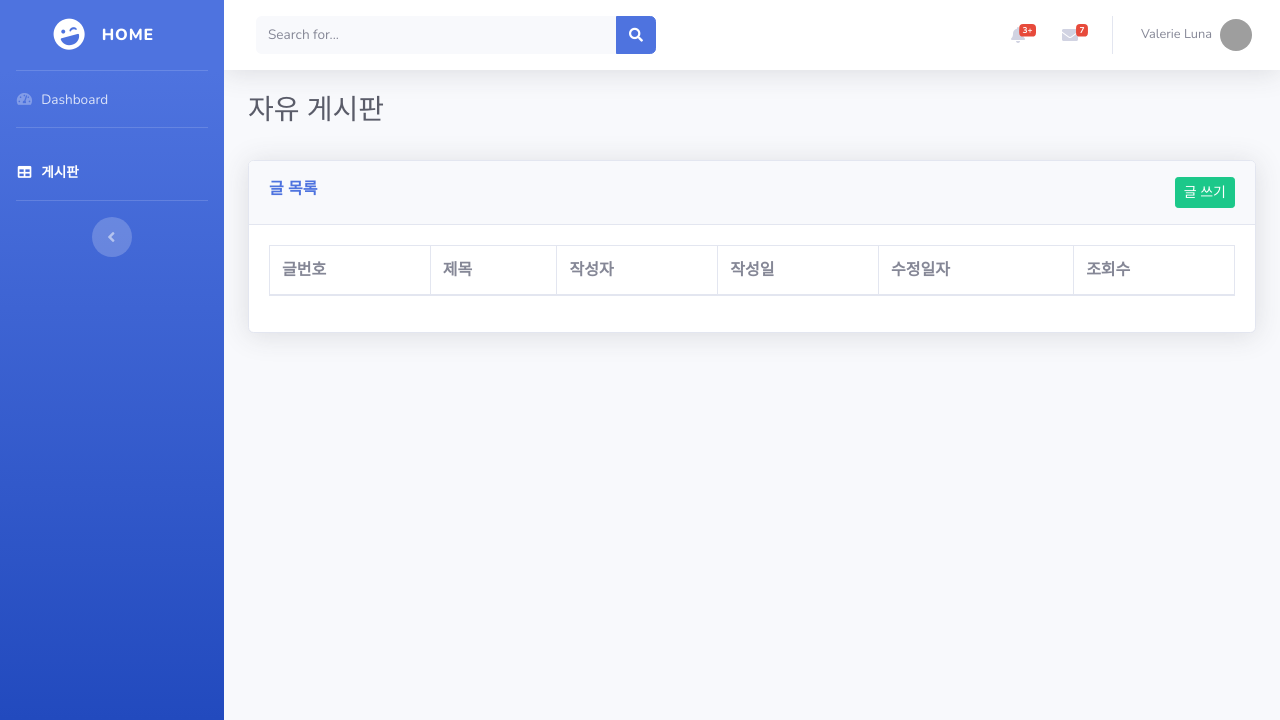
Repository: superThisMe/spring-basic
Page: http://localhost/06.spring-board-a/WEB-INF/views/board/list.jsp
These files come from the project's save history. The page is drawn as it stood at one moment and after the next save; the edit follows.
The browser window is 1280 px wide. The pictures show the whole page.
Pictures or frames that could not be fetched are drawn as grey boxes. The page is served by Tomcat 9. Nobody is signed in. Other server files are loaded and not shown. The template is opened directly, without the code that normally fills it, so the values that code supplies are empty.

Above is the page before, as saved 2019-12-24 08:01:41.
Console error: TypeError: Cannot read properties of null (reading 'length')

### 06.spring-board-a/src/main/webapp/WEB-INF/views/board/list.jsp
<%@ page pageEncoding="utf-8" contentType="text/html; charset=utf-8"%>
<%@taglib prefix='c' uri="http://java.sun.com/jsp/jstl/core"%>

<!DOCTYPE html>
<html lang="ko">

<head>

<meta charset="utf-8">
<meta http-equiv="X-UA-Compatible" content="IE=edge">
<meta name="viewport"
	content="width=device-width, initial-scale=1, shrink-to-fit=no">
<meta name="description" content="">
<meta name="author" content="">

<title>SB Admin 2 - Dashboard</title>

<!-- Custom fonts for this template-->
<link
	href="/spring-board-a/resources/vendor/fontawesome-free/css/all.min.css"
	rel="stylesheet" type="text/css">
<link
	href="https://fonts.googleapis.com/css?family=Nunito:200,200i,300,300i,400,400i,600,600i,700,700i,800,800i,900,900i"
	rel="stylesheet">

<!-- Custom styles for this template-->
<link href="/spring-board-a/resources/css/sb-admin-2.min.css"
	rel="stylesheet">

</head>

<body id="page-top">

	<!-- Page Wrapper -->
	<div id="wrapper">

		<jsp:include page="/WEB-INF/views/modules/sidebar.jsp" />

		<!-- Content Wrapper -->
		<div id="content-wrapper" class="d-flex flex-column">

			<!-- Main Content -->
			<div id="content">

				<jsp:include page="/WEB-INF/views/modules/topbar.jsp" />

				<!-- Begin Page Content -->
				<div class="container-fluid">

					<!-- Page Heading -->
					<h1 class="h3 mb-2 text-gray-800">자유 게시판</h1>
					<br>

					<!-- DataTales Example -->
					<div class="card shadow mb-4">
						<div class="card-header py-3">
							<span class="m-0 font-weight-bold text-primary">글 목록</span> <a
								href="write.action" class="btn btn-success btn-sm"
								style="float: right"> <span class="text">글 쓰기</span>
							</a>

						</div>
						<div class="card-body">
							<div class="table-responsive">
								<table class="table table-bordered" id="dataTable" width="100%"
									cellspacing="0">
									<thead>
										<tr>
											<th>글번호</th>
											<th>제목</th>
											<th>작성자</th>
											<th>작성일</th>
											<th>수정일자</th>
											<th>조회수</th>
										</tr>
									</thead>
									<tbody>
										<c:forEach items="${ boards }" var="board">
											<tr>
												<td>${ board.bno }</td>
												<td>${ board.title }</td>
												<td>${ board.writer }</td>
												<td>${ board.regDate }</td>
												<td>${ board.updateDate }</td>
												<td>${ board.readCount }</td>
											</tr>
										</c:forEach>
									</tbody>
								</table>
							</div>
						</div>
					</div>

				</div>
				<!-- /.container-fluid -->

			</div>
			<!-- End of Main Content -->

		</div>
		<!-- End of Content Wrapper -->

	</div>
	<!-- End of Page Wrapper -->

	<!-- board write message modal -->
	<div class="modal fade" id="msgModal" tabindex="-1" role="dialog"
		aria-labelledby="modalTitle" aria-hidden="true">
		<div class="modal-dialog" role="document">
			<div class="modal-content">
				<div class="modal-header">
					<h5 class="modal-title" id="modalTitle">알림</h5>
					<button class="close" type="button" data-dismiss="modal"
						aria-label="Close">
						<span aria-hidden="true">×</span>
					</button>
				</div>
				<div class="modal-body">게시물이 등록되었습니다.</div>
				<div class="modal-footer">
					<button class="btn btn-secondary" type="button"
						data-dismiss="modal">확인</button>
				</div>
			</div>
		</div>
	</div>

	<%@include file="/WEB-INF/views/modules/common-js.jsp"%>

	<script type="text/javascript">
		$(function() {
			alert('글쓰기 성공');
		});
	</script>

</body>

</html>

### 06.spring-board-a/src/main/webapp/WEB-INF/views/modules/common-js.jsp
<%@ page language="java"
		 contentType="text/html; charset=utf-8"
    	 pageEncoding="utf-8" %>

  <!-- Bootstrap core JavaScript-->
  <script src="/spring-board-a/resources/vendor/jquery/jquery.min.js"></script>
  <script src="/spring-board-a/resources/vendor/bootstrap/js/bootstrap.bundle.min.js"></script>

  <!-- Core plugin JavaScript-->
  <script src="/spring-board-a/resources/vendor/jquery-easing/jquery.easing.min.js"></script>

  <!-- Custom scripts for all pages-->
  <script src="/spring-board-a/resources/js/sb-admin-2.min.js"></script>

  <script src="/spring-board-a/resources/js/sidebar.js"></script>

  <!-- Page level plugins -->
  <script src="/spring-board-a/resources/vendor/chart.js/Chart.min.js"></script>

  <!-- Page level custom scripts -->
  <script src="/spring-board-a/resources/js/demo/chart-area-demo.js"></script>
  <script src="/spring-board-a/resources/js/demo/chart-pie-demo.js"></script>

### 06.spring-board-a/src/main/webapp/WEB-INF/views/modules/sidebar.jsp
<%@ page language="java"
		 contentType="text/html; charset=utf-8"
    	 pageEncoding="utf-8" %>

    <!-- Sidebar -->
    <ul class="navbar-nav bg-gradient-primary sidebar sidebar-dark accordion" id="accordionSidebar">

      <!-- Sidebar - Brand -->
      <a class="sidebar-brand d-flex align-items-center justify-content-center"
      	 href="/spring-board-a/">
        <div class="sidebar-brand-icon rotate-n-15">
          <i class="fas fa-laugh-wink"></i>
        </div>
        <div class="sidebar-brand-text mx-3">HOME</div>
      </a>

      <!-- Divider -->
      <hr class="sidebar-divider my-0">

      <!-- Nav Item - Dashboard -->
      <li id="dashboard-li" class="nav-item active">
        <a class="nav-link" href="#">
          <i class="fas fa-fw fa-tachometer-alt"></i>
          <span>Dashboard</span></a>
      </li>

      <!-- Divider -->
      <hr class="sidebar-divider">

      <!-- Nav Item - Charts -->
      <li id="board-li" class="nav-item">
        <a class="nav-link" href="/spring-board-a/board/list.action">
          <i class="fas fa-fw fa-table"></i>
          <span>게시판</span></a>
      </li>

      <!-- Divider -->
      <hr class="sidebar-divider d-none d-md-block">

      <!-- Sidebar Toggler (Sidebar) -->
      <div class="text-center d-none d-md-inline">
        <button class="rounded-circle border-0" id="sidebarToggle"></button>
      </div>

    </ul>
    <!-- End of Sidebar -->

### 06.spring-board-a/src/main/webapp/WEB-INF/views/modules/topbar.jsp
<%@ page language="java"
		 contentType="text/html; charset=utf-8"
    	 pageEncoding="utf-8" %>

		<!-- Topbar -->
        <nav class="navbar navbar-expand navbar-light bg-white topbar mb-4 static-top shadow">

          <!-- Sidebar Toggle (Topbar) -->
          <button id="sidebarToggleTop" class="btn btn-link d-md-none rounded-circle mr-3">
            <i class="fa fa-bars"></i>
          </button>

          <!-- Topbar Search -->
          <form class="d-none d-sm-inline-block form-inline mr-auto ml-md-3 my-2 my-md-0 mw-100 navbar-search">
            <div class="input-group">
              <input type="text" class="form-control bg-light border-0 small" placeholder="Search for..." aria-label="Search" aria-describedby="basic-addon2">
              <div class="input-group-append">
                <button class="btn btn-primary" type="button">
                  <i class="fas fa-search fa-sm"></i>
                </button>
              </div>
            </div>
          </form>

          <!-- Topbar Navbar -->
          <ul class="navbar-nav ml-auto">

            <!-- Nav Item - Search Dropdown (Visible Only XS) -->
            <li class="nav-item dropdown no-arrow d-sm-none">
              <a class="nav-link dropdown-toggle" href="#" id="searchDropdown" role="button" data-toggle="dropdown" aria-haspopup="true" aria-expanded="false">
                <i class="fas fa-search fa-fw"></i>
              </a>
              <!-- Dropdown - Messages -->
              <div class="dropdown-menu dropdown-menu-right p-3 shadow animated--grow-in" aria-labelledby="searchDropdown">
                <form class="form-inline mr-auto w-100 navbar-search">
                  <div class="input-group">
                    <input type="text" class="form-control bg-light border-0 small" placeholder="Search for..." aria-label="Search" aria-describedby="basic-addon2">
                    <div class="input-group-append">
                      <button class="btn btn-primary" type="button">
                        <i class="fas fa-search fa-sm"></i>
                      </button>
                    </div>
                  </div>
                </form>
              </div>
            </li>

            <!-- Nav Item - Alerts -->
            <li class="nav-item dropdown no-arrow mx-1">
              <a class="nav-link dropdown-toggle" href="#" id="alertsDropdown" role="button" data-toggle="dropdown" aria-haspopup="true" aria-expanded="false">
                <i class="fas fa-bell fa-fw"></i>
                <!-- Counter - Alerts -->
                <span class="badge badge-danger badge-counter">3+</span>
              </a>
              <!-- Dropdown - Alerts -->
              <div class="dropdown-list dropdown-menu dropdown-menu-right shadow animated--grow-in" aria-labelledby="alertsDropdown">
                <h6 class="dropdown-header">
                  Alerts Center
                </h6>
                <a class="dropdown-item d-flex align-items-center" href="#">
                  <div class="mr-3">
                    <div class="icon-circle bg-primary">
                      <i class="fas fa-file-alt text-white"></i>
                    </div>
                  </div>
                  <div>
                    <div class="small text-gray-500">December 12, 2019</div>
                    <span class="font-weight-bold">A new monthly report is ready to download!</span>
                  </div>
                </a>
                <a class="dropdown-item d-flex align-items-center" href="#">
                  <div class="mr-3">
                    <div class="icon-circle bg-success">
                      <i class="fas fa-donate text-white"></i>
                    </div>
                  </div>
                  <div>
                    <div class="small text-gray-500">December 7, 2019</div>
                    $290.29 has been deposited into your account!
                  </div>
                </a>
                <a class="dropdown-item d-flex align-items-center" href="#">
                  <div class="mr-3">
                    <div class="icon-circle bg-warning">
                      <i class="fas fa-exclamation-triangle text-white"></i>
                    </div>
                  </div>
                  <div>
                    <div class="small text-gray-500">December 2, 2019</div>
                    Spending Alert: We've noticed unusually high spending for your account.
                  </div>
                </a>
                <a class="dropdown-item text-center small text-gray-500" href="#">Show All Alerts</a>
              </div>
            </li>

            <!-- Nav Item - Messages -->
            <li class="nav-item dropdown no-arrow mx-1">
              <a class="nav-link dropdown-toggle" href="#" id="messagesDropdown" role="button" data-toggle="dropdown" aria-haspopup="true" aria-expanded="false">
                <i class="fas fa-envelope fa-fw"></i>
                <!-- Counter - Messages -->
                <span class="badge badge-danger badge-counter">7</span>
              </a>
              <!-- Dropdown - Messages -->
              <div class="dropdown-list dropdown-menu dropdown-menu-right shadow animated--grow-in" aria-labelledby="messagesDropdown">
                <h6 class="dropdown-header">
                  Message Center
                </h6>
                <a class="dropdown-item d-flex align-items-center" href="#">
                  <div class="dropdown-list-image mr-3">
                    <img class="rounded-circle" src="https://source.unsplash.com/fn_BT9fwg_E/60x60" alt="">
                    <div class="status-indicator bg-success"></div>
                  </div>
                  <div class="font-weight-bold">
                    <div class="text-truncate">Hi there! I am wondering if you can help me with a problem I've been having.</div>
                    <div class="small text-gray-500">Emily Fowler · 58m</div>
                  </div>
                </a>
                <a class="dropdown-item d-flex align-items-center" href="#">
                  <div class="dropdown-list-image mr-3">
                    <img class="rounded-circle" src="https://source.unsplash.com/AU4VPcFN4LE/60x60" alt="">
                    <div class="status-indicator"></div>
                  </div>
                  <div>
                    <div class="text-truncate">I have the photos that you ordered last month, how would you like them sent to you?</div>
                    <div class="small text-gray-500">Jae Chun · 1d</div>
                  </div>
                </a>
                <a class="dropdown-item d-flex align-items-center" href="#">
                  <div class="dropdown-list-image mr-3">
                    <img class="rounded-circle" src="https://source.unsplash.com/CS2uCrpNzJY/60x60" alt="">
                    <div class="status-indicator bg-warning"></div>
                  </div>
                  <div>
                    <div class="text-truncate">Last month's report looks great, I am very happy with the progress so far, keep up the good work!</div>
                    <div class="small text-gray-500">Morgan Alvarez · 2d</div>
                  </div>
                </a>
                <a class="dropdown-item d-flex align-items-center" href="#">
                  <div class="dropdown-list-image mr-3">
                    <img class="rounded-circle" src="https://source.unsplash.com/Mv9hjnEUHR4/60x60" alt="">
                    <div class="status-indicator bg-success"></div>
                  </div>
                  <div>
                    <div class="text-truncate">Am I a good boy? The reason I ask is because someone told me that people say this to all dogs, even if they aren't good...</div>
                    <div class="small text-gray-500">Chicken the Dog · 2w</div>
                  </div>
                </a>
                <a class="dropdown-item text-center small text-gray-500" href="#">Read More Messages</a>
              </div>
            </li>

            <div class="topbar-divider d-none d-sm-block"></div>

            <!-- Nav Item - User Information -->
            <li class="nav-item dropdown no-arrow">
              <a class="nav-link dropdown-toggle" href="#" id="userDropdown" role="button" data-toggle="dropdown" aria-haspopup="true" aria-expanded="false">
                <span class="mr-2 d-none d-lg-inline text-gray-600 small">Valerie Luna</span>
                <img class="img-profile rounded-circle" src="https://source.unsplash.com/QAB-WJcbgJk/60x60">
              </a>
              <!-- Dropdown - User Information -->
              <div class="dropdown-menu dropdown-menu-right shadow animated--grow-in" aria-labelledby="userDropdown">
                <a class="dropdown-item" href="#">
                  <i class="fas fa-user fa-sm fa-fw mr-2 text-gray-400"></i>
                  Profile
                </a>
                <a class="dropdown-item" href="#">
                  <i class="fas fa-cogs fa-sm fa-fw mr-2 text-gray-400"></i>
                  Settings
                </a>
                <a class="dropdown-item" href="#">
                  <i class="fas fa-list fa-sm fa-fw mr-2 text-gray-400"></i>
                  Activity Log
                </a>
                <div class="dropdown-divider"></div>
                <a class="dropdown-item" href="#" data-toggle="modal" data-target="#logoutModal">
                  <i class="fas fa-sign-out-alt fa-sm fa-fw mr-2 text-gray-400"></i>
                  Logout
                </a>
              </div>
            </li>

          </ul>

        </nav>
        <!-- End of Topbar -->

### 06.spring-board-a/src/main/webapp/resources/js/sidebar.js
$(function() {

	$('li').removeClass('active');

	var url = document.URL;
	if (url.indexOf('/board/') >= 0) {
		$('#board-li').addClass('active');
	}

});

Loaded but not shown: 06.spring-board-a/src/main/webapp/resources/css/sb-admin-2.min.css (library); 06.spring-board-a/src/main/webapp/resources/js/sb-admin-2.min.js (common file); 06.spring-board-a/src/main/webapp/resources/js/demo/chart-area-demo.js (common file); 06.spring-board-a/src/main/webapp/resources/js/demo/chart-pie-demo.js (common file)

After the next save:
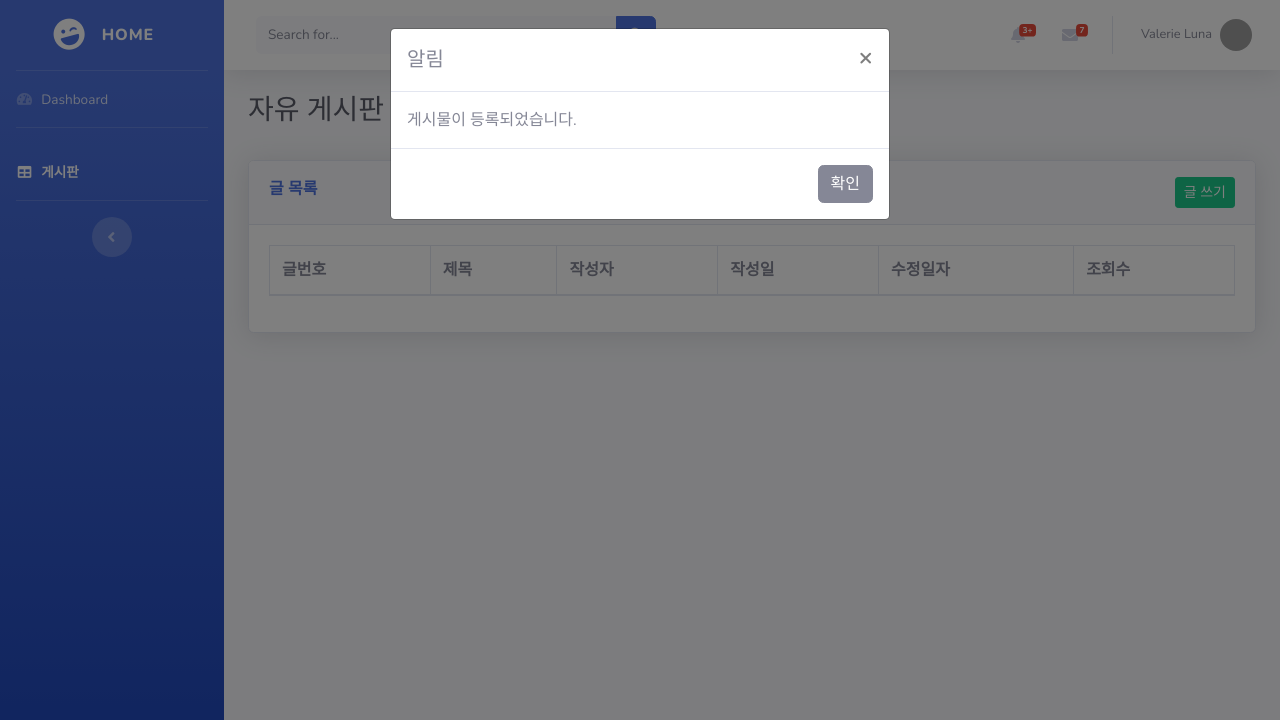
Saved 84 s later.
--- a/06.spring-board-a/src/main/webapp/WEB-INF/views/board/list.jsp
+++ b/06.spring-board-a/src/main/webapp/WEB-INF/views/board/list.jsp
@@ -128,7 +128,7 @@
 
 	<script type="text/javascript">
 		$(function() {
-			alert('글쓰기 성공');
+			$('#msgModal').modal('show');
 		});
 	</script>
 
